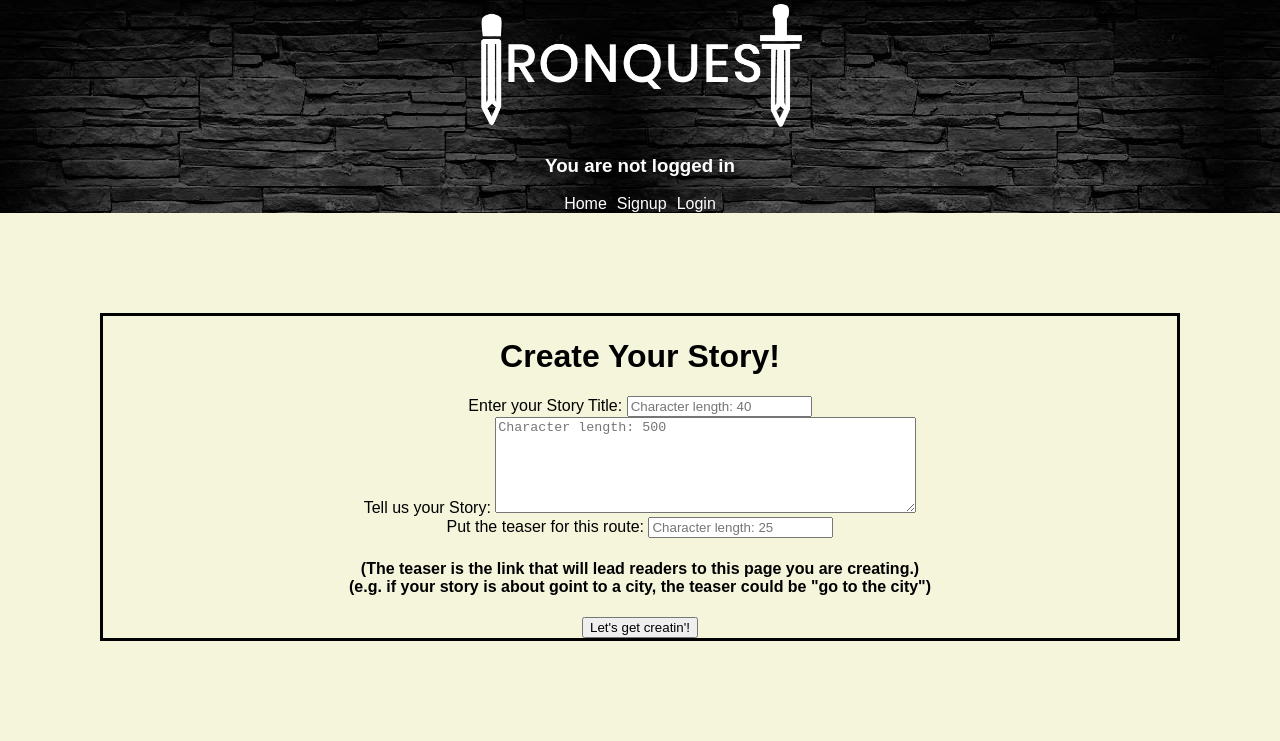
Repository: MikeTroianello/project4
Page: /createstory (app in client/)
These files come from the project's save history. The page is drawn as it stood at one moment and after the next save; the edit follows.
The browser window is 1280 px wide. The pictures show the whole page.
The project was rebuilt for these pictures with package versions that can differ from the ones it lists, and the page was loaded fresh each time. Also part of the build but not shown: client/src/components/pages/StoryPage.jsx, client/src/components/pages/ReadStory.jsx, client/src/components/pages/Home.jsx, client/src/components/pages/Login.jsx, client/src/components/pages/Signup.jsx, client/src/components/pages/Profile.jsx.

Above is the page before, as saved 2019-03-22 12:19:23.

### client/public/index.html
<!DOCTYPE html>
<html lang="en">

<head>
  <meta charset="utf-8">
  <meta name="viewport" content="width=device-width, initial-scale=1, shrink-to-fit=no">
  <meta name="theme-color" content="#000000">
  <!--
      manifest.json provides metadata used when your web app is added to the
      homescreen on Android. See https://developers.google.com/web/fundamentals/engage-and-retain/web-app-manifest/
    -->
  <!-- <link rel="manifest" href="%PUBLIC_URL%/manifest.json"> -->
  <link rel="shortcut icon" href="%PUBLIC_URL%/favicon.ico">
  <!--
      Notice the use of %PUBLIC_URL% in the tags above.
      It will be replaced with the URL of the `public` folder during the build.
      Only files inside the `public` folder can be referenced from the HTML.

      Unlike "/favicon.ico" or "favicon.ico", "%PUBLIC_URL%/favicon.ico" will
      work correctly both with client-side routing and a non-root public URL.
      Learn how to configure a non-root public URL by running `npm run build`.
    -->
  <title>IronQuest</title>
</head>

<body>
  <noscript>
    You need to enable JavaScript to run this app.
  </noscript>
  <div id="root"></div>
  <!--
      This HTML file is a template.
      If you open it directly in the browser, you will see an empty page.

      You can add webfonts, meta tags, or analytics to this file.
      The build step will place the bundled scripts into the <body> tag.

      To begin the development, run `npm start` or `yarn start`.
      To create a production bundle, use `npm run build` or `yarn build`.
    -->
</body>

</html>

### client/src/index.js
import React from 'react';
import ReactDOM from 'react-dom';
import './index.scss';
import { BrowserRouter as Router } from 'react-router-dom';
import App from './components/App.jsx';
// import registerServiceWorker from './registerServiceWorker';

ReactDOM.render(<Router><App /></Router>, document.getElementById('root'));
// registerServiceWorker();

### client/src/index.scss
// --------------------
// Definition of variables
$primary: #454647;


// ----------------------------------------
// To install Boostrap:
// 1) Run in the client folder: $ npm i bootstrap
// 2) Import bootstrap with the following line
// @import '../node_modules/bootstrap/scss/bootstrap.scss';
//
// To install Reactstrap:
// 1) Run in the client folder: $ npm i reactstrap
// 2) Go to the official documentation and take some examples: https://reactstrap.github.io/
// import { Button } from 'reactstrap';
// <Button color="danger">Danger!</Button>
// ----------------------------------------


// --------------------
// Style reusable for all components
body {
  margin: 0;
  padding: 0;
  font-family: sans-serif;
  background-color: beige;
}

.info {
  margin: 20px;
  padding: 10px 20px;
  border-radius: 10px;
  display: inline-block;
  background-color: #5776e9;
  color: white;
}

.info.info-danger {
  background-color: #e73f3f;
}

// --------------------
// Style for App component
.App {
  text-align: center;

  .App-logo {
    animation: App-logo-spin infinite 20s linear;
    height: 80px;
  }

  .App-header {
    background-image: url('./images/brick-wall.jpg');
    padding: 2px 20px 0;
    color: white;

    a {
      color: white;
      padding: 0 5px;
      text-decoration: unset;
    }

    a.active {
      font-weight: bold;
    }
  }

  .App-title {
    font-size: 1.5em;
  }

  .App-intro {
    font-size: large;
  }

  @keyframes App-logo-spin {
    from {
      transform: rotate(0deg);
    }

    to {
      transform: rotate(360deg);
    }
  }
}

// --------------------
// Style for Home component
.Home {
  p {
    font-size: 1.2em;
  }
}

// --------------------
// Style for Secret component
.Secret {
  .result {
    font-size: 1.2em;
    color: $primary;
  }
}

.storyText{
    height:200px;
    font-size:14pt;
}

// -------------------
//CARD STYLE FOR THE WORDS

.CreateStory{
  margin: 100px;
  border-style: solid;
}

### client/src/components/App.jsx
import React, { Component } from 'react';
import { Route, Link, NavLink, Switch } from 'react-router-dom';
import Home from './pages/Home';
import CreateStory from './pages/CreateStory';
import Login from './pages/Login';
import Signup from './pages/Signup';
import api from '../api';
import ReadStory from './pages/ReadStory';
import StoryPage from './pages/StoryPage';
import Profile from './pages/Profile';
const logoBlue =require('../images/Ironquest-blue.png')
const logoBlack =require('../images/Ironquest-Black.png')
const logoWhite =require('../images/Ironquest-White.png')


export default class App extends Component {
  state = {
    user: {},
  }

  componentDidMount() {
    this.setUser()
  }

  setUser = () => {
    if (api.isLoggedIn()) {
      this.setState({ user: api.getLocalStorageUser() })
    } else {
      this.setState({ user: {} })

    }
  }

  handleLogoutClick(e) {
    api.logout()
    //this.setState({user:null})
    this.setUser()

  }

  render() {
    return (
      <div className="App">
        <header className="App-header">
         <img src={logoWhite} alt="Thanks Haley!" height="130" width="auto" />
          {api.isLoggedIn() && <p>Hello, {this.state.user.username}!</p>}
          {!api.isLoggedIn() && <h3>You are not logged in</h3>}
          <NavLink to="/" exact>Home</NavLink>
          {!api.isLoggedIn() && <NavLink to="/signup">Signup</NavLink>}
          {!api.isLoggedIn() && <NavLink to="/login">Login</NavLink>}
          {api.isLoggedIn() && <NavLink to="/profile">Profile</NavLink>}
          {api.isLoggedIn() && <Link to="/" onClick={(e) => this.handleLogoutClick(e)}>Logout</Link>}
          {/* <NavLink to="/readstory">Read a Story</NavLink> */}
        </header>
        <Switch>


        <Route
            exact
            path='/'
            render={(props) => <Home {...props}  setUser={this.setUser} />}
          />
          <Route
            path='/signup'
            render={(props) => <Signup {...props} setUser={this.setUser} />}
          />
          <Route
            path='/login'
            render={(props) => <Login {...props} setUser={this.setUser}/>}
          />
          <Route
            path='/createstory'
            render={(props) => <CreateStory {...props} setUser={this.setUser}/>}
          />
          <Route
            path='/readstory'
            render={(props) => <ReadStory {...props} setUser={this.setUser}/>}
          />
          <Route
            path='/profile'
            render={(props) => <Profile {...props} setUser={this.setUser}/>}
          />
          <Route
            path='/story/:id'
            render={(props) => <StoryPage {...props} setUser={this.setUser}/>}
          />
          <Route render={() => <h2>404</h2>} />


        </Switch>
      </div>
    );
  }
}

### client/src/components/pages/CreateStory.jsx
import React, { Component } from 'react';
import api from '../../api';
import Axios from 'axios';
import { SERVER_URL } from '../../config'
import currentStory from './StoryPage'

//THIS PAGE IS CALLED TO CREATE NEW STORIES. SHOULD NOT SHOW UP ON ITS OWN

export default class CreateStory extends Component {
  constructor(props) {
    super(props)
    this.state = {
      title: "",
      content: "",
      creatorId: "",
      teaser: "",
      message: null,
    }
    this.handleInputChange = this.handleInputChange.bind(this)
  }

  handleInputChange(event) {
    this.setState({
      [event.target.name]: event.target.value
    })
  }

  handleSubmit = (event) => {
    event.preventDefault()
    console.log("the event", this.props._id)
    let storyToSave = {
      title:event.target.title.value,
      content:event.target.content.value,
      teaser:event.target.teaser.value,
      pageNumber:Number(this.props.pageNumber)+1,
      idOfLastPage: this.props._id
    }
    Axios.post(`${SERVER_URL}/createstory`, storyToSave).then(res=>{
      console.log('post successful',res.data)
      this.props.history.push(`/story/${res.data._id}`)
      window.location.reload()
      //window.location.reload(`/story/${res.data._id}`);
    })
  }
  render(){
    return (
      <div className="CreateStory">
        <h1>Create Your Story!</h1>
        <form onSubmit={this.handleSubmit}>
          Enter your Story Title: <input
            type="text"
            maxLength="40"
            value={this.state.title}
            name="title"
            placeholder="Character length: 40"
            onChange={this.handleInputChange}
            /> <br></br>
          Tell us your Story: <textarea
            rows="6"
            cols="50"
            maxLength="500"
            value={this.state.content}
            name="content"
            placeholder="Character length: 500"
            onChange={this.handleInputChange}
            /> <br></br>
          Put the teaser for this route: <input
            type="text"
            maxLength="25"
            value={this.state.teaser}
            name="teaser"
            placeholder="Character length: 25"
            onChange={this.handleInputChange}
            /> <br></br>
            <h4>(The teaser is the link that will lead readers to this page you are creating.)<br></br>
           (e.g. if your story is about goint to a city, the teaser could be "go to the city")</h4>
          {/* <button onClick={(e) => this.handleClick}>Let's get creatin'!</button> */}
          <button>Let's get creatin'!</button>

        </form>
        {/* <h3>(Note: this button is when you want to create a new story.)</h3> */}
      </div>
    )
  }
}

### client/src/api.js
import axios from 'axios'
axios.defaults.withCredentials = true


const service = axios.create({
  baseURL: process.env.NODE_ENV === 'production' ? '/api' : 'http://localhost:5000/api',
  withCredentials: true
})

const errHandler = err => {
  console.error(err)
  if (err.response && err.response.data) {
    console.error("API response", err.response.data)
    throw err.response.data.message
  }
  throw err
}

export default {
  service: service,

  // This method is synchronous and returns true or false
  // To know if the user is connected, we just check if we have a value for localStorage.getItem('user')
  isLoggedIn() {
    return localStorage.getItem('user') != null
  },

  // This method returns the user from the localStorage
  // Be careful, the value is the one when the user logged in for the last time
  getLocalStorageUser() {
    return JSON.parse(localStorage.getItem('user'))
  },

  // This method signs up and logs in the user
  signup(userInfo) {
    return service
      .post('/signup', userInfo)
      .then(res => {
        // If we have localStorage.getItem('user') saved, the application will consider we are loggedin
        localStorage.setItem('user', JSON.stringify(res.data))
        return res.data
      })
      .catch(errHandler)
  },

  login(username, password) {
    return service
      .post('/login', {
        username,
        password,
      })
      .then(res => {
        // If we have localStorage.getItem('user') saved, the application will consider we are loggedin
        localStorage.setItem('user', JSON.stringify(res.data))
        return res.data
      })
      .catch(errHandler)
  },

  logout() {
    localStorage.removeItem('user')
    return service
      .get('/logout')
  },

  // This is an example on how to use this method in a different file
  // api.getCountries().then(countries => { /* ... */ })

}

### client/src/config.js
export const SERVER_URL = process.env.NODE_ENV === 'production' ? 'https://ironquest.herokuapp.com/api' : 'http://localhost:5000/api'

After the next save:
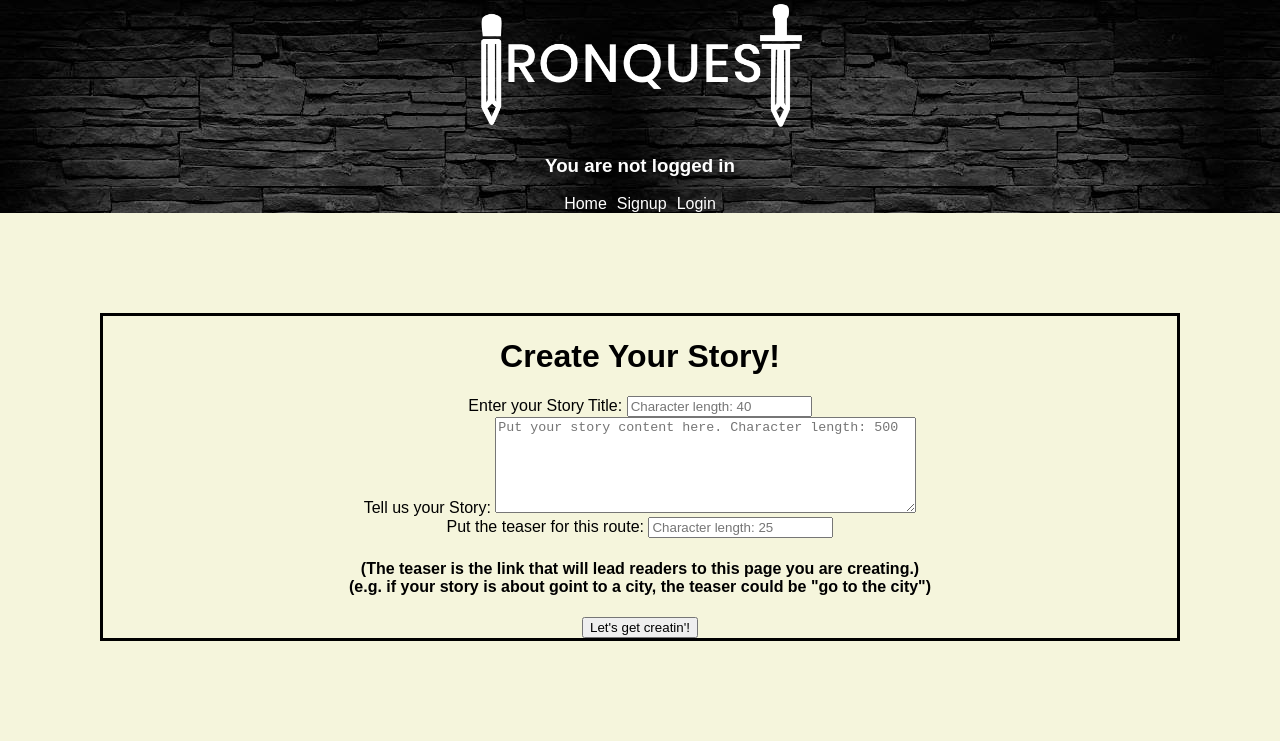
Saved 3 min 35 s later.
--- a/client/src/components/pages/CreateStory.jsx
+++ b/client/src/components/pages/CreateStory.jsx
@@ -61,7 +61,7 @@
             maxLength="500"
             value={this.state.content}
             name="content"
-            placeholder="Character length: 500"
+            placeholder="Put your story content here. Character length: 500"
             onChange={this.handleInputChange}
             /> <br></br>
           Put the teaser for this route: <input
